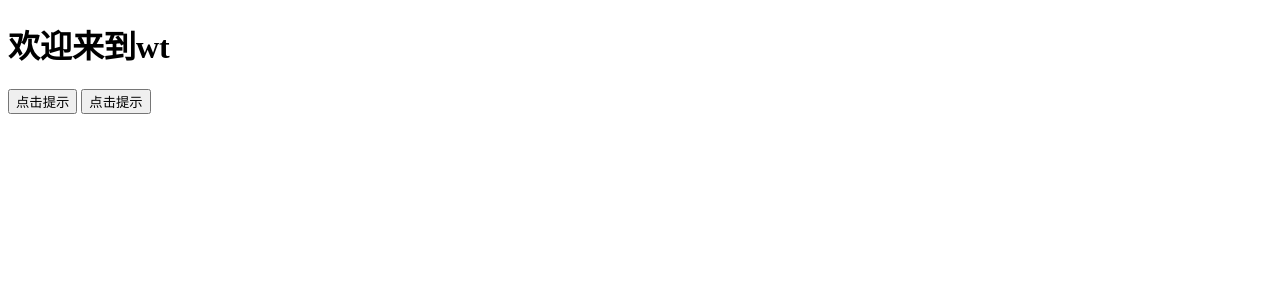
Repository: reggiepy/vueLeaning
Page: 07 事件处理/2 事件修饰符.html
The author's editor kept a copy of each file at every save. The page is drawn from the files as they stood at one save, then again after the next save.
The browser window is 1280 px wide. The pictures show the whole page.

Above is the page before, as saved 2021-12-05 18:12:27.

### 07 事件处理/2 事件修饰符.html
<!DOCTYPE html>
<html lang="en">
<head>
    <meta charset="UTF-8">
    <meta http-equiv="X-UA-Compatible" content="IE=edge">
    <meta name="viewport" content="width=device-width, initial-scale=1.0">
    <title>事件修饰符</title>
    <script type="text/javascript" src="../js/vue.js"></script>
</head>
<body>
    <div id="root">
        <h1>欢迎来到{{name}}</h1>
        <button v-on:click="showInfo1">点击提示</button>
        <button v-on:click="showInfo2(66, $event)">点击提示</button>
    </div>
</body>
<script>
    Vue.config.productionTip = false;
    const vm = new Vue({
        el: "#root",
        data: {
            name: "wt"
       },
       methods: {
           showInfo1(event){
            //    console.log(this) // 这里的this == vm
            //    console.log(this == vm)
               console.log(event.target.innerText)
           },
           showInfo2(number, event){
               console.log(number, event)
           }
       }
    })
</script>
</html>

Loaded but not shown: js/vue.js (library)

After the next save:
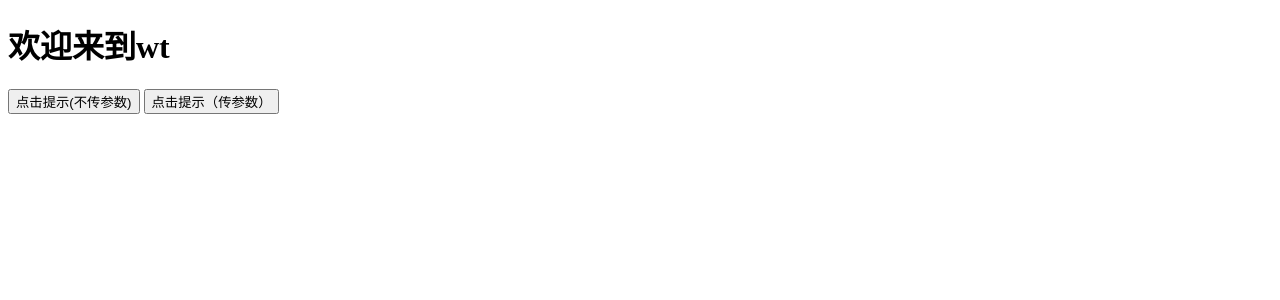
Saved 41 s later.
--- a/07 事件处理/2 事件修饰符.html
+++ b/07 事件处理/2 事件修饰符.html
@@ -10,8 +10,8 @@
 <body>
     <div id="root">
         <h1>欢迎来到{{name}}</h1>
-        <button v-on:click="showInfo1">点击提示</button>
-        <button v-on:click="showInfo2(66, $event)">点击提示</button>
+        <button v-on:click="showInfo1">点击提示(不传参数)</button>
+        <button v-on:click="showInfo2(66, $event)">点击提示（传参数）</button>
     </div>
 </body>
 <script>
